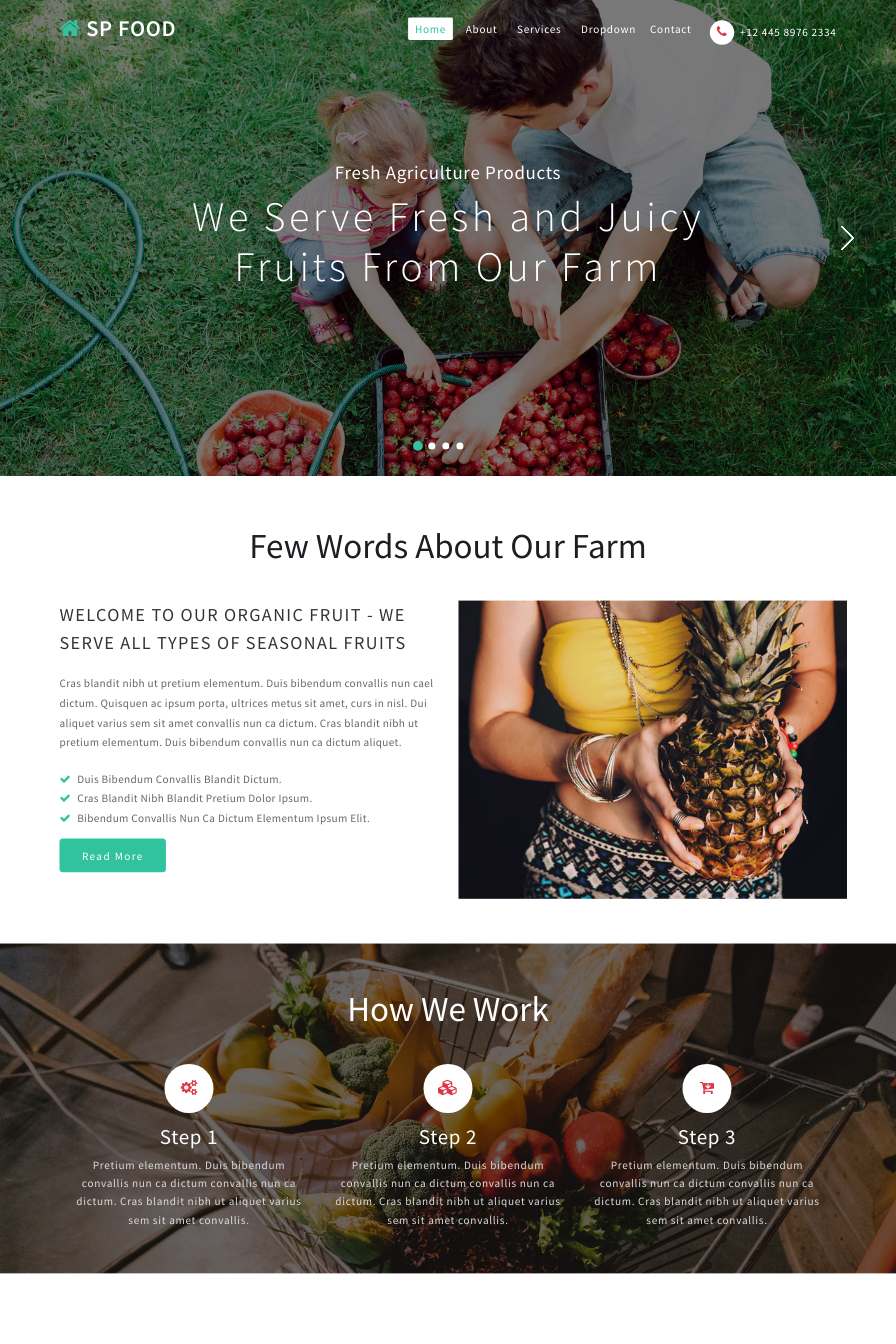
Repository: httpamit/SP-Food
Page: index.html
An editor plug-in stored every save of this project. The page is shown before and after the next save, followed by the edit.
The browser window is 1280 px wide. The pictures show the part of the page from y = 0 to 1920 px (the page is 4839 px tall), at 70% of full size.
Backgrounds fixed to the window are drawn as part of the page.

Above is the page before, as saved 2019-02-07 23:15:21.

After the next save:
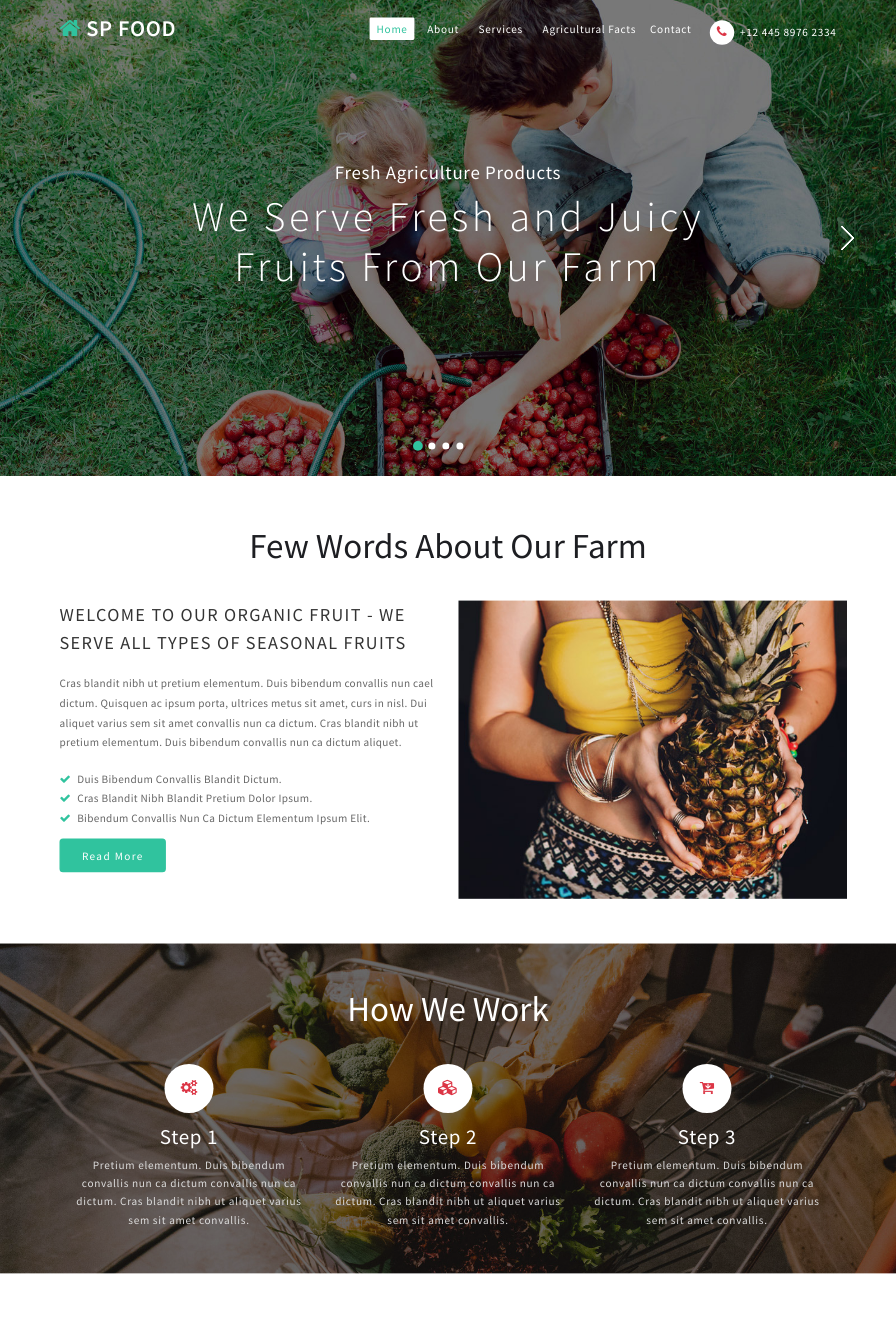
Saved 61 s later.
--- a/index.html
+++ b/index.html
@@ -47,7 +47,7 @@
 					<li class=" mr-lg-2 mr-1"><a href="#services">Services</a></li>
 					<li class="dropdown-menu-padding">
 					<!-- First Tier Drop Down -->
-					<a href="#">Dropdown</a>
+					<a href="#agricultural">Agricultural Facts</a>
 					</li>
 					<li><a href="#contact">Contact</a></li>
 					<li class="buttons ml-lg-3">
@@ -201,7 +201,7 @@
 <!-- //how we work -->
 
 <!-- facts -->
-<section class="service-bottom bg py-5" id="facts">
+<section class="service-bottom bg py-5" id="agricultural">
 	<div class="container">
 		<!-- Counter -->
 		<div class="py-lg-5 py-3">
